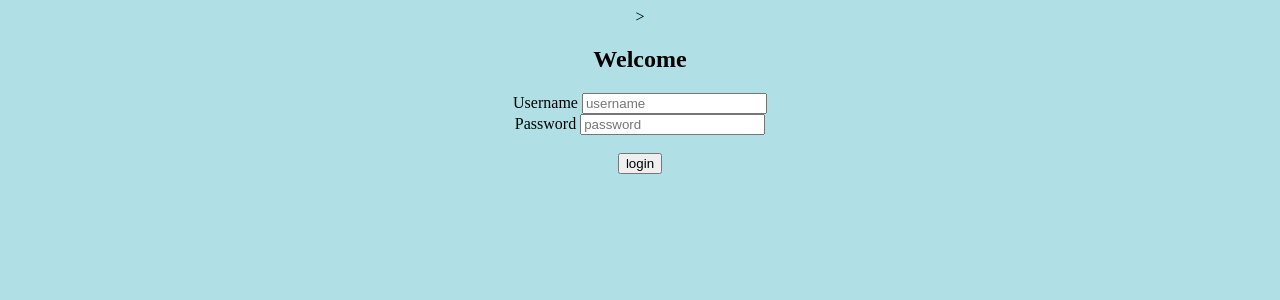
Repository: OrusuRatnamala/JAVA
Page: http://localhost/TrainWeb/create
These files come from the project's save history. The page is drawn as it stood at one moment and after the next save; the edit follows.
The browser window is 1280 px wide. The pictures show the whole page.
The page is served by Tomcat 9. Other server files are loaded and not shown.

Above is the page before, as saved 2023-10-11 22:12:02.

### springdao/TrainWeb/src/main/webapp/WEB-INF/pages/create.jsp
<html>
<body style="background-color: powderblue;">
	<align="center">
	<form action="login" align="center">
		>

		<h2>Welcome</h2>
		Username <input type="text" name="username" required="true"
			placeholder="username" /> <br> Password <input type="password"
			name="password" required="true" placeholder="password" /> <br>
		<br> <input type="submit" value="login" />
	</form>
</body>
</html>

After the next save:
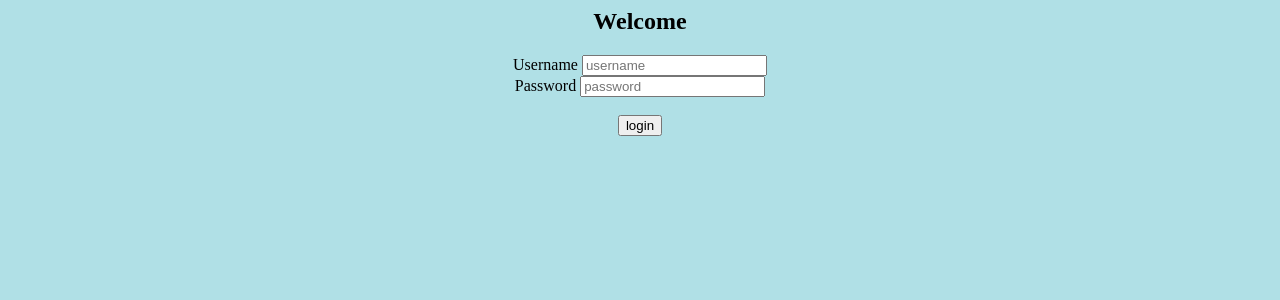
Saved 17 s later.
--- a/springdao/TrainWeb/src/main/webapp/WEB-INF/pages/create.jsp
+++ b/springdao/TrainWeb/src/main/webapp/WEB-INF/pages/create.jsp
@@ -2,7 +2,7 @@
 <body style="background-color: powderblue;">
 	<align="center">
 	<form action="login" align="center">
-		>
+
 
 		<h2>Welcome</h2>
 		Username <input type="text" name="username" required="true"
